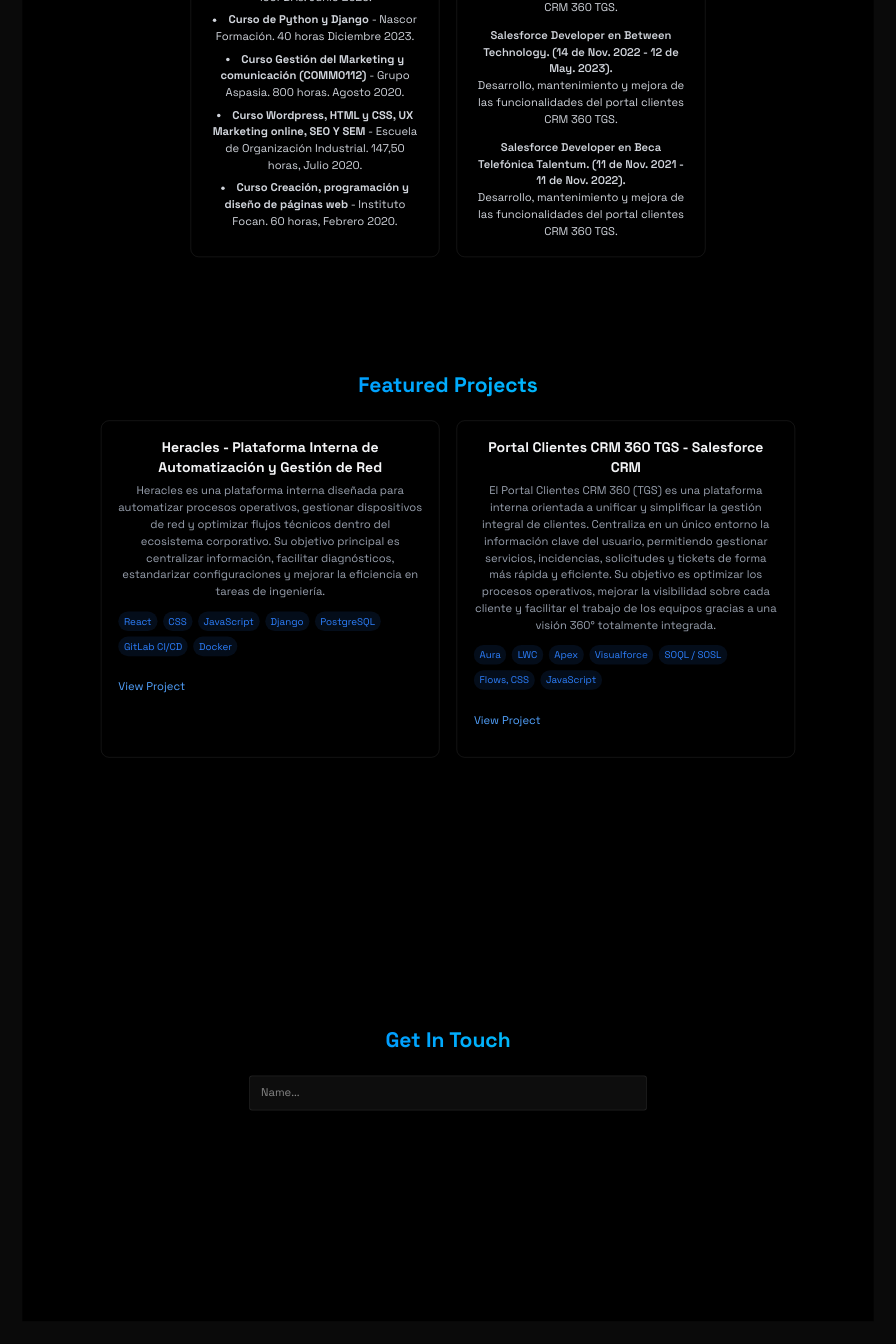
Repository: Bea0224/beatriz-portfolio
Page: /
An editor plug-in stored every save of this project. The page is shown before and after the next save, followed by the edit.
The browser window is 1280 px wide. The pictures show the part of the page from y = 1708 to 3628 px (the page is 3628 px tall), at 70% of full size.
The project was rebuilt for these pictures with package versions that can differ from the ones it lists, and the page was loaded fresh each time. Also part of the build but not shown: vite.config.js.

Above is the page before, as saved 2025-12-08 19:23:44.

### index.html
<!doctype html>
<html lang="en">
  <head>
    <meta charset="UTF-8" />
    <link rel="icon" type="image/svg+xml" href="/vite.svg" />
    <link rel="preconnect" href="https://fonts.googleapis.com">
    <link rel="preconnect" href="https://fonts.gstatic.com" crossorigin>
    <link
      href="https://fonts.googleapis.com/css2?family=Space+Grotesk:wght@300..700&display=swap"
      rel="stylesheet"
    />
    <meta name="viewport" content="width=device-width, initial-scale=1.0" />
    <title>Vite + React</title>
  </head>
  <body>
    <div id="root"></div>
    <script type="module" src="/src/main.jsx"></script>
  </body>
</html>

### src/index.css
@import "tailwindcss";

html,
body {
  margin: 0;
  padding: 0;
  font-family: "Space Grotesk", sans-serif;
  background: #0a0a0a;
  color: #f3f4f6;
}

@layer utilities {
  @keyframes blink {
    0%,
    100% {
      opacity: 1;
    }
    50% {
      opacity: 0;
    }
  }

  .animate-blink {
    animation: blink 0.8s step-end infinite;
  }

  @keyframes loading {
    0% {
      transform: translateX(-100%);
    }
    100% {
      transform: translateX(250%);
    }
  }

  .animate-loading-bar {
    animation: loading 0.8s ease infinite;
  }
}

.reveal {
  opacity: 0;
  transform: translateY(20px);
  transition: opacity 0.7s ease, transform 0.7s ease;
}

.reveal.visible {
  opacity: 1;
  transform: translateY(0);
}

### src/App.jsx
import { useState } from 'react';
import './App.css'
import {LoadingScreen} from "./components/LoadingScreem";
import { Navbar } from './components/Navbar';
import { MobileMenu } from './components/MobileMenu';
import { Home } from './components/sections/Home';
import { About } from './components/sections/About';
import { Projects } from './components/sections/Projects';
import { Contact } from './components/sections/Contact';

import "./index.css"

function App() {
  const [isLoaded, setIsLoaded] = useState(false)
  const [menuOpen, setMenuOpen] = useState(false)

  return (
    <>
      {!isLoaded && <LoadingScreen onComplete={()=>setIsLoaded(true)} />}{" "}
        <div className={`min-h-screen transition-opacity duration-700 ${
          isLoaded ? "opacity-100" : "opacity-0"
        } bg-black text-gray-100`}
        >
          <Navbar menuOpen={menuOpen} setMenuOpen={setMenuOpen} />
          <MobileMenu menuOpen={menuOpen} setMenuOpen={setMenuOpen} />
          <Home />
          <About />
          <Projects />
          <Contact />
        </div>
    </>
  )
}

export default App

### src/components/LoadingScreem.jsx
import { useEffect, useState } from "react";

export const LoadingScreen = ({ onComplete }) => {
  const [text, setText] = useState("");
  const fullText = "<Hello Wolrd! />";

  useEffect(() => {
    let index = 0;
    const interval = setInterval(() => {
      setText(fullText.substring(0, index));
      index++;

      if (index > fullText.length) {
        clearInterval(interval);

        setTimeout(() => {
          onComplete();
        }, 1000);
      }
    }, 100);

    return () => clearInterval(interval);
  }, [onComplete]);

  return (
    <div className="fixed inset-0 z-50 bg-black text-gray-100 flex flex-col items-center justify-center">
      <div className="mb-4 text-4xl font-mono font-bold">
        {text} <span className="animate-blink ml-1"> | </span>
      </div>

      <div className="w-[200px] h-[2px] bg-gray-800 rounded relative overflow-hidden">
        <div className="w-[40%] h-full bg-blue-500 shadow-[0_0_15px_#3b82f6] animate-loading-bar"></div>
      </div>
    </div>
  );
};

### src/components/Navbar.jsx
import { useEffect } from "react"

export const Navbar = ({menuOpen, setMenuOpen}) => {

    useEffect(() => {
        document.body.style.overflow = menuOpen ? "hidden" : "";
    }, [menuOpen])

    return (
    <nav className="fixed top-0 w-full z-40 bg-[rgba(10, 10, 10, 0.8)] backdrop-blur-lg border-b border-white/10 shadow-lg">
        <div className="max-w-5xl mx-auto px-4">
            <div className="flex justify-between items-center h-16">
                <a href="#home" className="font-mono text-xl font-bold text-white">
                    {" "}
                    Beatriz<span className="text-blue-500">.Mujica</span>{" "}
                </a>
                <div className="w-7 h-5 relative cursor-pointer z-40 md:hidden" onClick={()=> setMenuOpen((prev => !prev))}>
                    &#9776;
                </div>
                <div className="hidden md:flex items-center space-x-8">
                    <a
                        href="#home"
                        className="text-gray-300 hove:text-white transition-colors"
                    >
                        {" "}
                        Home{" "}
                    </a>
                    <a
                        href="#about"
                        className="text-gray-300 hove:text-white transition-colors"
                    >
                        {" "}
                        About{" "}
                    </a>
                    <a
                        href="#projects"
                        className="text-gray-300 hove:text-white transition-colors"
                    >
                        {" "}
                        Projects{" "}
                    </a>
                    <a
                        href="#contact"
                        className="text-gray-300 hove:text-white transition-colors"
                    >
                        {" "}
                        Contact{" "}
                    </a>
                </div>
            </div>
        </div>
    </nav>
    )
}

### src/components/MobileMenu.jsx
export const MobileMenu = ({menuOpen, setMenuOpen}) => {


    return (
        <div className={`fixed top-0 left-0 w-full bg-[rgba(10,10,10,0.8)] z-40 flex flex-col items-center justify-center
                         transition-all duration-300 ease-in-out
                         ${menuOpen
                            ? "h-screen opacity-100 pointer-events-auto"
                            : "h-0 opacity-0 pointer-events-none"
                         }
                        `}
        >
            <button
                onClick={() => setMenuOpen(false)}
                className="absolute top-6 right-6 text-white text-3xl focus:outline-none cursor-pointer"
                aria-label="Close Menu"
                >
                &times;
            </button>

            <a
                href="#home"
                onClick={() => setMenuOpen(false)}
                className={`text-2xl font-semibold text-white my-4 tranform transition-transform duration-300
                            ${
                                menuOpen
                                    ? "opacity-100 translate-y-0"
                                    : "opacity-0 translate-y-5"
                            }
                    `}
            >
                Home
            </a>
            <a
                href="#about"
                onClick={() => setMenuOpen(false)}
                className={`text-2xl font-semibold text-white my-4 tranform transition-transform duration-300
                            ${
                                menuOpen
                                    ? "opacity-100 translate-y-0"
                                    : "opacity-0 translate-y-5"
                            }
                    `}
            >
                About
            </a>
            <a
                href="#projects"
                onClick={() => setMenuOpen(false)}
                className={`text-2xl font-semibold text-white my-4 tranform transition-transform duration-300
                            ${
                                menuOpen
                                    ? "opacity-100 translate-y-0"
                                    : "opacity-0 translate-y-5"
                            }
                    `}
            >
                Projects
            </a>
            <a
                href="contact"
                onClick={() => setMenuOpen(false)}
                className={`text-2xl font-semibold text-white my-4 tranform transition-transform duration-300
                            ${
                                menuOpen
                                    ? "opacity-100 translate-y-0"
                                    : "opacity-0 translate-y-5"
                            }
                    `}
            >
                Contact
            </a>
        </div>
    );
}

### src/components/sections/Home.jsx
import { RevealOnScroll } from "./RevealOnScroll"

export const Home = () => {
    return (
        <section
            id="home"
            className="min-h-screen flex items-center justify-center relative">
                <RevealOnScroll>
                    <div className="text-center z-10 px-4">
                        <h1 className="text-5xl md:text-7xl font-bold mb-6 bg-gradient-to-r from-blue-500 to-cyan-400 bg-clip-text text-transparent leading-right">
                            Hola, me llamo Beatriz
                        </h1>
                        <p className="text-gray-400 text-lg mb-8 w-3/4 mx-auto">
                            ¡Hola! Soy desarrolladora web Frontend, y me especializo en crear aplicaciones limpias y escalables con JavaScript, React, HTML y CSS. Mi pasión es que no solo rindan de maravilla, sino que también ofrezcan una experiencia de usuario (UX) realmente cautivadora.
                            Mi formación en Ingeniería de Diseño Industrial me aporta una visión muy particular: me encanta fusionar la estética y la funcionalidad en cada proyecto.
                            He tenido la oportunidad de trabajar en proyectos importantes para Telefónica (incluyendo desarrollos en la plataforma Salesforce), y además, cuento con buenos conocimientos en backend con Python (Django) y familiaridad con herramientas como Docker.
                        </p>
                        <div className="flex justify-center space-x-4">
                            <a href="#projects" className="bg-blue-500 text-white py-3 px-6 rounded font-medium transition relative overflow-hidden hover:-translate-y-0.5 hover:shadow-[0_0_15px_rgba(59, 130, 246, 0.4)]">
                                Ver proyectos
                            </a>
                            <a href="#contact" className="border border-blue-500/50 text-blue-500 py-3 px-6 rounded font-medium transition-all duration-200 hover:shadow-[0_0_15px_rgba(59, 130, 246, 0.2)] hover:bg-blue-500/10">
                                Contáctame
                            </a>
                        </div>
                    </div>
                </RevealOnScroll>
        </section>
    )
}

### src/components/sections/Projects.jsx
import { RevealOnScroll } from "./RevealOnScroll"

export const Projects = () => {
    return(
        <section
            id="projects"
            className="min-h-screen flex items-center justify-center py-20"
        >
            <RevealOnScroll>
                <div className="max-w-5xl mx-auto px-4">
                    <h2 className="text-3xl font-bold mb-8 bg-gradient-to-r from-blue-500 to-cyan-400 bg-clip-text text-transparent text-center">
                        {" "}
                        Featured Projects
                    </h2>
                    <div className="grid grid-cols-1 md:grid-cols-2 gap-6">
                        <div className="p-6 rounded-xl border border-white/10 hover:-translate-y-l hover:border-blue-500/30 hover:shadow-[0_2px_8px_rgba(59,130,246,0.1)] transition-all">
                            <h3 className="text-xl font-bold mb-2"> Heracles - Plataforma Interna de Automatización y Gestión de Red</h3>
                            <p className="text-gray-400 mb-4">
                                Heracles es una plataforma interna diseñada para automatizar procesos operativos,
                                gestionar dispositivos de red y optimizar flujos técnicos dentro del ecosistema corporativo.
                                Su objetivo principal es centralizar información, facilitar diagnósticos, estandarizar configuraciones y
                                mejorar la eficiencia en tareas de ingeniería.

                                {/* <ul className="list-disc list-inside text-gray-300 space-y-2">
                                    En este proyecto trabajé con un ecosistema técnico moderno:
                                    <li>
                                        <strong>Frontend:</strong> React, HTML, CSS, JavaScript
                                    </li>
                                    <li>
                                        <strong>Backend:</strong> Django (Python)
                                    </li>
                                    <li>
                                        <strong>Base de datos:</strong> PostgreSQL
                                    </li>
                                    <li>
                                        <strong>Integración y despliegue:</strong> GitLab CI/CD y Docker
                                    </li>
                                    <li>
                                        <strong>Otros elementos del entorno:</strong> Integraciones internas propias de la compañía y herramientas de automatización.
                                    </li>

                                </ul> */}
                            </p>
                            <div className="flex flex-wrap gap-2 mb-4">
                                {["React", "CSS", "JavaScript", "Django", "PostgreSQL", "GitLab CI/CD", "Docker"].map((tech, key)=>(
                                    <span
                                        key={key}
                                        className="bg-blue-500/10 text-blue-500 py-1 px-2 rounded-full text-sm hover:bg-blue-500/20
                                        hover:shadow-[0_2px_8px_rgba(59,130,2246,0.2)] transition">
                                        {tech}
                                    </span>
                                ))}
                            </div>
                            <div className="flex justify-between items-center">
                                <a href="#" className="text-blue-400 hover:text-blue-300 transition-colors my-4">
                                    View Project {" "}
                                </a>
                            </div>
                        </div>
                        <div className="p-6 rounded-xl border border-white/10 hover:-translate-y-l hover:border-blue-500/30 hover:shadow-[0_2px_8px_rgba(59,130,246,0.1)] transition-all">
                            <h3 className="text-xl font-bold mb-2"> Portal Clientes CRM 360 TGS - Salesforce CRM</h3>
                            <p className="text-gray-400 mb-4">
                                El Portal Clientes CRM 360 (TGS) es una plataforma interna orientada a unificar y simplificar la gestión integral de clientes.
                                Centraliza en un único entorno la información clave del usuario, permitiendo gestionar servicios, incidencias, solicitudes y tickets de forma más rápida y eficiente.
                                Su objetivo es optimizar los procesos operativos, mejorar la visibilidad sobre cada cliente y facilitar el trabajo de los equipos gracias a una visión 360° totalmente integrada.
                            </p>
                            <div className="flex flex-wrap gap-2 mb-4">
                                {["Aura", "LWC", "Apex", "Visualforce", "SOQL / SOSL", "Flows, CSS", "JavaScript"].map((tech, key)=>(
                                    <span
                                        key={key}
                                        className="bg-blue-500/10 text-blue-500 py-1 px-2 rounded-full text-sm hover:bg-blue-500/20
                                        hover:shadow-[0_2px_8px_rgba(59,130,2246,0.2)] transition">
                                        {tech}
                                    </span>
                                ))}
                            </div>
                            <div className="flex justify-between items-center">
                                <a href="#" className="text-blue-400 hover:text-blue-300 transition-colors my-4">
                                    View Project {" "}
                                </a>
                            </div>
                        </div>
                    </div>
                </div>
            </RevealOnScroll>
        </section>
    )
}

### src/components/sections/Contact.jsx
import { RevealOnScroll } from "./RevealOnScroll"

export const Contact = () => {
    return(
        <section
            id="contact"
            className="min-h-screen flex items-center justify-center py-20"
        >
            <RevealOnScroll>
                <div className="px-4 w-150">
                    <h2 className="text-3xl font-bold mb-8 bg-gradient-to-r from-blue-500 to-cyan-400 bg-clip-text text-transparent text-center">
                        {" "}
                        Get In Touch
                    </h2>
                    <form className="space-y-6">
                        <div className="relative">
                            <input
                                type="text"
                                id="name"
                                name="name"
                                className="w-full bg-white/5 border border-white/10 rounded px-4 py-3 text-white transition focus:outline-none focus:border-blue-500 focus:bg-blue-500/5"
                                placeholder="Name..."
                                required
                            />
                        </div>
                    </form>
                </div>
            </RevealOnScroll>
        </section>
    )
}

### src/components/sections/RevealOnScroll.jsx
import { useRef, useEffect} from "react";

export const RevealOnScroll = ({children}) => {

    const ref = useRef(null);

    useEffect(() => {
        const observer = new IntersectionObserver(
            ([entry]) => {
                if(entry.isIntersecting) {
                    ref.current.classList.add("visible");
                }
            },
            { threshold: 0.2, rootMargin: "0px 0px -50px 0px" }
        );

        if (ref.current) observer.observe(ref.current);

        return () => observer.disconnect();

    },[]);

    return(
        <div ref={ref} className="reveal">
            {children}
        </div>
    )

}

Loaded but not shown: src/main.jsx (common file); src/App.css (common file); src/components/sections/About.jsx (174 lines, source omitted)

After the next save:
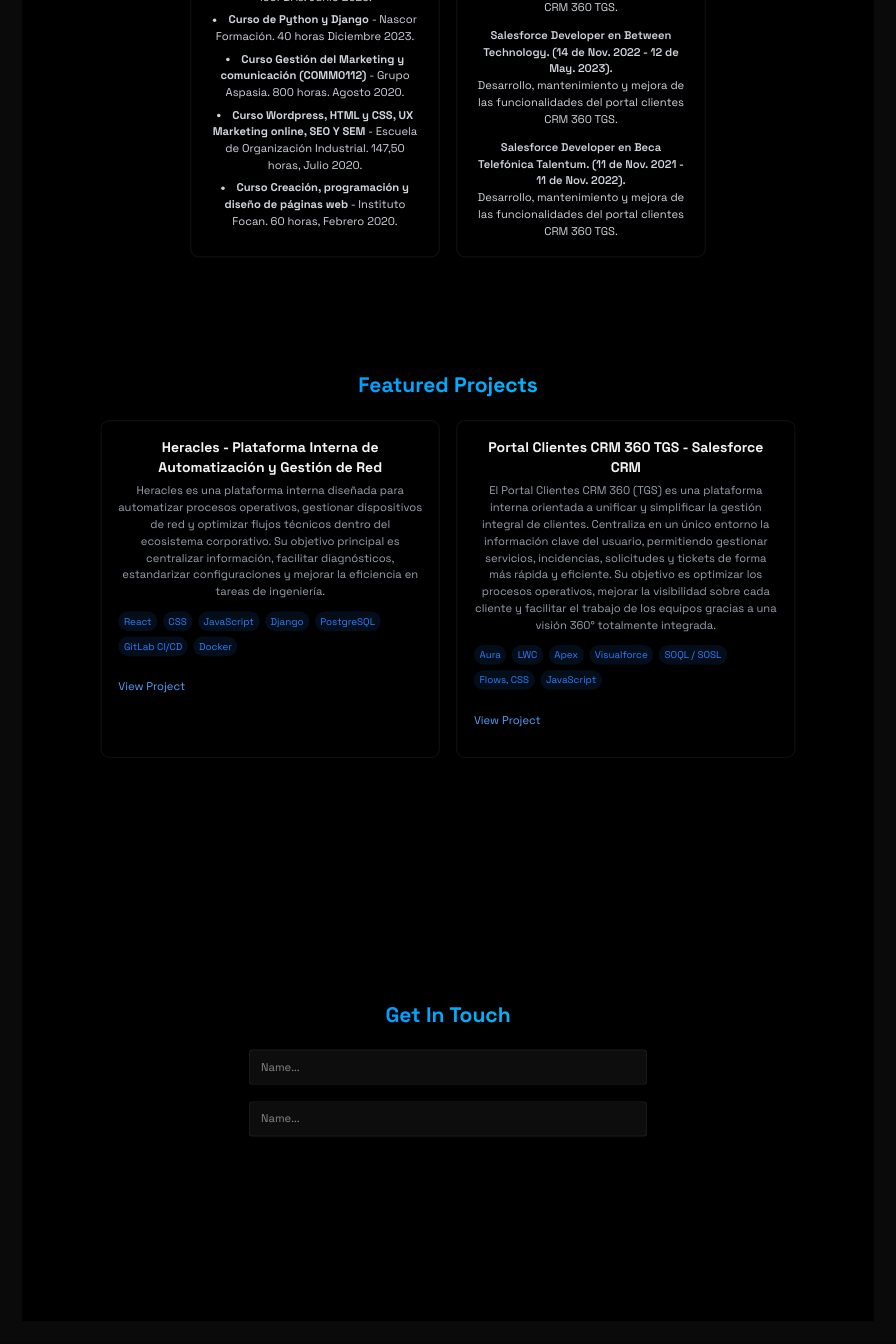
Saved 32 s later.
--- a/src/components/sections/Contact.jsx
+++ b/src/components/sections/Contact.jsx
@@ -23,6 +23,16 @@ export const Contact = () => {
                                 required
                             />
                         </div>
+                                                <div className="relative">
+                            <input
+                                type="text"
+                                id="name"
+                                name="name"
+                                className="w-full bg-white/5 border border-white/10 rounded px-4 py-3 text-white transition focus:outline-none focus:border-blue-500 focus:bg-blue-500/5"
+                                placeholder="Name..."
+                                required
+                            />
+                        </div>
                     </form>
                 </div>
             </RevealOnScroll>
